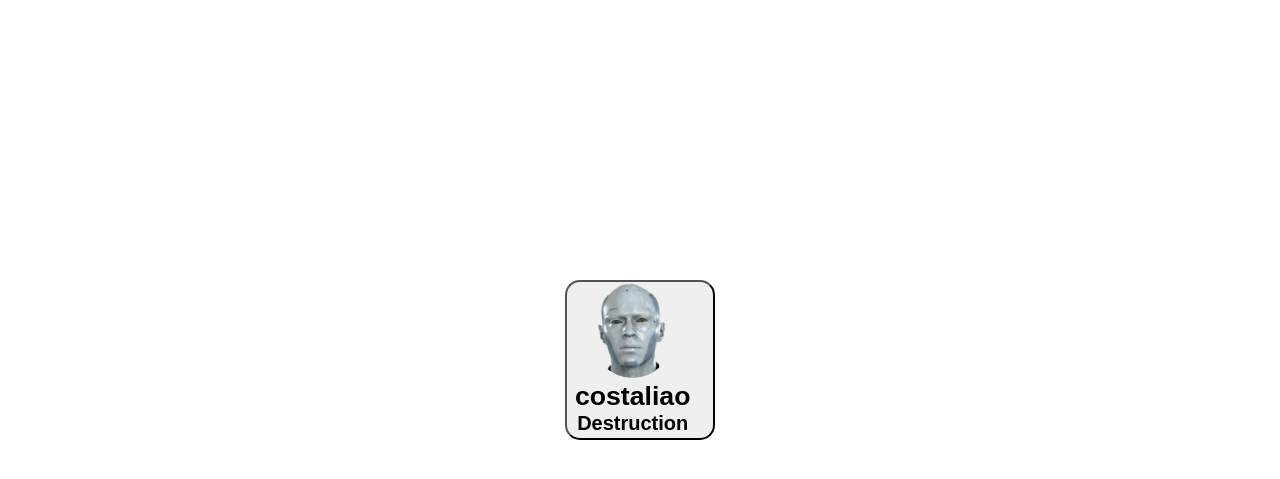
Repository: Cherced/virtualassistant
Page: /Draft
The author's editor kept a copy of each file at every save. The page is drawn from the files as they stood at one save, then again after the next save.
The browser window is 1280 px wide. The pictures show the whole page.
The project was rebuilt for these pictures with package versions that can differ from the ones it lists, and the page was loaded fresh each time. The framework's server and built-in components were replaced by stand-ins that run in the browser.

Above is the page before, as saved 2022-07-18 16:06:18.

### pages/_app.js
import '../sass/global.scss';


const MyApp = ({ Component, pageProps }) => {
    return <Component {...pageProps} />
  }


export default MyApp

### pages/_document.js
import { Html, Head, Main, NextScript } from 'next/document'

export default function Document() {

  return (
    <Html lang="en">
      <Head />
      <body>
        <Main />
        <div id="portal"></div>
        <NextScript />
      </body>
    </Html>
  )
}

### pages/Draft.jsx
import React from 'react'
import {IaCardButton} from '../components/atoms/buttons/IaCardButton'




const Draft = () => {
  return (
    <div className="Draft">
      <IaCardButton name="costaliao" speciality="Destruction"/>
    </div>
  )
}

export default Draft

### sass/global.scss
@import './vars';
@import './components';
@import './pages/draft';
@import './pages/welcome';
@import './pages/welcomeS';
@import './pages/login';
@import './pages/signUp';

### components/atoms/buttons/IaCardButton.jsx
import React from 'react'

export const IaCardButton = (props) => {
  return (
    <button className="iaCardButton">
        <ul className="iaCardButton__list">
            <li tabIndex="0" className="iaCardButton__list--img">
            <img src="/img/head.png" alt={`image of ${props.name}`} />
            </li>
            <li tabIndex="0" className="iaCardButton__list--title">
            <h1>
                {props.name}
            </h1>
            </li>
            <li tabIndex="0" className="iaCardButton__list--description">
                <h2>
                {props.speciality}
                </h2>
            </li>
        </ul>
    </button>
  )
}

### sass/_vars.scss
@import url('https://fonts.googleapis.com/css2?family=Inter:wght@100;200;300;500;600;700;800;900&family=Roboto:ital,wght@0,100;0,300;0,400;0,500;0,700;0,900;1,100;1,300;1,400;1,500;1,700;1,900&display=swap');
@import url('https://fonts.googleapis.com/css2?family=Roboto:ital,wght@0,100;0,300;0,400;0,500;0,700;0,900;1,100;1,300;1,400;1,500;1,700;1,900&family=Ubuntu:ital,wght@0,300;0,400;0,500;0,700;1,300;1,400;1,500;1,700&display=swap');

$mainColor: black;
$mainTextColor: white;
$mainFont: 'Inter';
$subTitle: 'Roboto';


*{
    box-sizing: border-box;
    margin: 0;
    padding: 0;
    font-family: Arial, Helvetica, sans-serif;
}

### sass/_components.scss
@import './components/headers/welcomeHeader';
@import './components/carrousels/carrousel';
@import './components/buttons/nextButton';
@import './components/buttons/basicButton';
@import './components/inputs/basicInput';
@import './components/buttons/optionButton';
@import './components/buttons/iaCardButton';

### sass/components/headers/_welcomeHeader.scss
.brand {
  width: 100%;
  min-height: 500px;
  display: flex;
  background: black;
  border-radius: 0 0 100px 100px;
  box-shadow: 6px 6px 20px 3px rgba(0, 0, 0, 0.2);
  justify-content: center;
  align-items: center;

  .brand__elipse--container {
    display: none;
  }

  .brand__img {
    z-index: 2;
    object-fit: cover;
  }
}

@media screen and (min-width: 1024px) {
  .brand {
    background-repeat: no-repeat;
    background-position: center;
    background-position-y: -200px;
    border-radius: none;
    background-image: url('../../../public/img/Ellipse.png');
    background: linear-gradient(180deg, #000000, #ffffff, #7d7777, #ececec, #7b7b7b, #000000, #545454, #e1e1e1, #e1e1e1);
    background-size: 1800% 1800%;

    -webkit-animation: AnimationName 27s ease infinite;
    -moz-animation: AnimationName 27s ease infinite;
    animation: AnimationName 27s ease infinite;


  .brand__elipse--container {
    display: block;
    position: absolute;
    top: -193px;
    z-index: 1;
  }
  }


@-webkit-keyframes AnimationName {
  0%{background-position:0% 68%}
  50%{background-position:100% 33%}
  100%{background-position:0% 68%}
}
@-moz-keyframes AnimationName {
  0%{background-position:0% 68%}
  50%{background-position:100% 33%}
  100%{background-position:0% 68%}
}
@keyframes AnimationName {
  0%{background-position:0% 68%}
  50%{background-position:100% 33%}
  100%{background-position:0% 68%}
}

}

### sass/components/carrousels/_carrousel.scss
.carrousel {
    max-width: 500px;
    height: auto;
    min-width: 300px;
    overflow: hidden;

    .slider {
        position: relative;
        display: flex;
        width: 200%;
        height: 100%;
    }

    .carrousel__list {
        list-style: none;
        display: flex;
        flex-direction: column;
        width: 100%;

        .carrousel__list--item {
            width: 100%;
            display: flex;
            flex-direction: row;
            align-items: center;
            justify-content: center;

            .carrousel__item--title {
                font-family: $subTitle;
                font-style: normal;
                font-weight: 500;
                font-size: 20px;
                line-height: 24px;
                text-align: center;
                letter-spacing: 0.04em;
                margin-bottom: 30px;
            }

            .carrousel__item--parragraph {
                font-style: normal;
                font-weight: 400;
                font-size: 15px;
                line-height: 18px;
                text-align: center;
                letter-spacing: 0.04em;
                font-family: $mainFont;
                color: #0F184D;
                padding: 0 30px;
                text-align: center;
            }
        }
    }
}

### sass/components/buttons/_nextButton.scss
.button__next {
    display: flex;
    width: auto;
    min-width: 100px;
    height: 50px;
    justify-content: space-around;
    align-items: center;
    background: black;
    color: white;
    border-radius: 100px;
    padding: 0 0 0 30px;
    box-shadow: 5px 5px 10px 0px black;
    cursor: pointer;
    font-family: $mainFont;
    font-size: 16px;


    .button__next--Arrow {
        width: 50px;
        height: 50px;
        display: flex;
        align-items: center;
        justify-content: center;
        background: $mainTextColor;
        border-radius: 100px;
        margin-left: 10px;

        .next__arrow--h1 {
            padding: 10px;
            color: $mainColor;
            font-family: $mainFont;
        }
    }

}

### sass/components/buttons/_basicButton.scss
.basic__button {
    width: 260px;
    height: 50px;
    border-radius: 30px;
}

.black {
    background: black;
    border: 1px solid white;
    font-family: $mainFont;
    font-style: normal;
    font-weight: 600;
    font-size: 20px;
    line-height: 30px;
    text-align: center;
    color: #FFFFFF;
}

.white{
    background: white;
    border: 1px solid black;
    font-family: $mainFont;
    font-style: normal;
    font-weight: 600;
    font-size: 20px;
    line-height: 30px;
    text-align: center;
    color: black;
}

### sass/components/inputs/_basicInput.scss
.basicInput {
    width: 260px;
    height: 50px;
    border-radius: 30px;
    padding-left: 15px;
    box-shadow: 3px 3px 11px 0px black;
    // letter style:
    font-family: 'Open Sans';
    font-style: normal;
    font-weight: 400;
    font-size: 16px;
    line-height: 22px;
    text-align: start;
    color: #848484;

}

### sass/components/buttons/_optionButton.scss
.optionButton {
    height: 60px;
    padding: 15px;
    width: auto;
    border: none;
    background: linear-gradient(235.8deg, #D9D9D9 5.2%, rgba(217, 217, 217, 0) 144.41%);
    filter: drop-shadow(0px 4px 1px rgba(0, 0, 0, 0.25));
    border-radius: 10px;
    font-family: $mainFont;
    font-style: normal;
    font-weight: 400;
    font-size: 13px;
    line-height: 16px;
    text-align: center;
    color: $mainColor;
}

### sass/components/buttons/_iaCardButton.scss
.iaCardButton {
    width: 150px;
    height: 160px;
    border-radius: 15px;

    .iaCardButton__list {
        width: 90%;
        height: 100%;
        list-style: none;
        display: flex;
        flex-direction: column;
        align-items: center;
        justify-items: center;

        .iaCardButton__list--img {
            img {
                width: 60%;
                border-radius:100px;
            }
        }
    }
}

### sass/pages/_draft.scss

.Draft{
    display: flex;
    align-self: center;
    width: 100%;
    justify-content: center;
    height: 100vh;
    flex-direction: column;
    align-items: center;
}

### sass/pages/_welcome.scss
.welcome {
    width: 100%;
    height: 100vh;
    display: flex;
    flex-direction: column;
    align-items: center;
    box-shadow: 7px 8px 20px 7px black;
    justify-items: center;
    justify-content: space-between;

    .main__Content--welcome {
        width: 100%;
        height: 100%;
        display: flex;
        justify-content: center;
        flex-direction: column;
        align-items: center;

        .main__Content--title {
            font-family: $mainFont;
            font-style: normal;
            font-weight: 600;
            font-size: 30px;
            line-height: 18px;
            text-align: center;
            letter-spacing: 0.04em;

            color: #0F184D;
            margin: 30px 0;
        }
    }

    .NavButtons {
        display: flex;
        width: 100%;
        align-items: center;
        justify-content: space-between;
        padding: 0 30px;
        margin: 20px 0;

        .NavButtons__ancord {
            text-decoration: none;
            font-style: normal;
            font-weight: 400;
            font-size: 15px;
            line-height: 18px;
            letter-spacing: 0.04em;
            font-family: $mainFont;
            color: #000000;
        }
    }
}

### sass/pages/_welcomeS.scss
.welcomeS {
    height: 100vh;
    background: linear-gradient(333.49deg, #000000 55.66%, rgba(217, 217, 217, 0) 92.17%);
    display: flex;
    flex-direction: column;
    align-items: center;
    justify-content: space-around;

    .welcomeS__header {
        width: 100%;
        height: 50%;
        display: flex;
        align-items: center;
        justify-content: center;

        .welcomeS__header--img {
            width: 350px;
            height: 450px;
            object-fit: cover;
            border-radius: 100px 0 100px 0;
        }
    }

    .welcomeS__main {
        width: 90%;
        color: white;
        display: flex;
        align-items: center;
        justify-content: center;

        .welcomeS__main--title {
            text-align: center;
            font-family: $mainFont;
            font-style: normal;
            font-weight: 400;
            font-size: 24px;
            line-height: 29px;
            letter-spacing: 0.07em;
        }
    }
}

### sass/pages/_login.scss
.login {
    width: 100%;
    height: 100vh;
    display: flex;
    align-items: center;
    justify-content: center;
    background-image: url('../../public/img/LoginBg.png');
    background-repeat: no-repeat;
    background-size: cover;

    .loginForm {
        background: rgba(255, 255, 255, 0.77);
        box-shadow: 0px 4px 20px rgba(0, 0, 0, 0.4);
        width: 315px;
        height: 415px;
        display: flex;
        flex-direction: column;
        align-items: center;
        justify-content: center;

        .loginForm__title--h1 {
            font-style: normal;
            font-weight: 700;
            font-size: 36px;
            line-height: 54px;
            font-family: $mainFont;
            text-align: center;
            color: #000000;
        }

        .loginForm__inputs--container {
            display: flex;
            flex-direction: column;
            align-items: center;
            justify-content: space-around;
            height: 135px;
        }

        .loginForm__ancord {
            margin: 5px 0;
            width: 80%;
            font-family: $mainFont;
            font-style: normal;
            font-weight: 400;
            font-size: 16px;
            line-height: 19px;
            text-align: end;
            color: #3751EA;

        }
        .loginForm__info{
            margin: 10px 0;
            .loginForm__label {

                font-family: $mainFont;
                font-style: normal;
                font-weight: 400;
                font-size: 16px;
                line-height: 19px;
                text-align: end;
                color: black;
            }
        }

        .loginForm__separator {
            width: 80%;
            display: flex;

            .loginForm__line {
                width: 50%;
                margin: 10px 5px;
                color: #000000;
            }

            .loginForm__label--or {
                color: #000000;
            }

        }


    }
}

### sass/pages/_signUp.scss
.signUp {
    display: flex;
    width: 100%;
    flex-direction: column;
    align-items: center;
    justify-content: center;
    height: 100vh;
    background-repeat: no-repeat;
    background-position: top;
    background-size: cover;
    background-image: url('../../public/img/blackBg1090px.png');


    .signUp__title--container {
        color: white;
        display: flex;
        flex-direction: column;
        align-items: flex-start;
        justify-content: center;
        width: 320px;
        height: 150px;

        .signUp__title--h1 {
            margin: 10px 0;
            font-family: $mainFont;
            font-style: normal;
            font-weight: 700;
            font-size: 36px;
            line-height: 44px;
            text-align: center;
            color: white;
        }

        .signUp__title--parragraph {
            font-family: $mainFont;
            font-style: normal;
            font-weight: 400;
            font-size: 16px;
            line-height: 17px;
            color: white;
        }
    }

    .signForm {
        display: flex;
        flex-direction: column;
        align-items: center;
        justify-content: space-evenly;
        height: 550px;
        width: 320px;
        background: #FFFFFF;
        box-shadow: 0px 4px 4px rgba(0, 0, 0, 0.25);
        border-radius: 10px;

        .signForm__inputs--container {
            display: flex;
            flex-direction: column;
            align-items: center;
            justify-content: space-evenly;
            height: 350px;
        }

        .signForm__checkbox--container {
            width: 90%;
            margin: 5px 0;
            display: flex;
            align-items: center;
            justify-content: center;

            .signForm__checkbox--label {
                font-family: $mainFont;
                font-style: normal;
                font-weight: 400;
                font-size: 14px;
                line-height: 26px;
                width: 90%;
                text-align: center;
                display: flex;
                align-items: center;
                justify-content: space-evenly;
            }
        }

        .signForm__socialMedia--container {
            width: 90%;
            display: flex;
            align-items: center;
            justify-content: space-evenly;
            flex-direction: row;

            .signForm__socialMedia--title {
                font-family: $mainFont;
                font-style: normal;
                font-weight: 700;
                font-size: 16px;
                line-height: 30px;
                text-align: center;
            }

            .signForm__socialMedia--imgs {
                display: flex;
                justify-content: space-around;
                align-items: center;
                width: 50%;
                flex-direction: row;
                list-style: none;
            }
        }

    }

    .signUp__container--label {
        margin-top: 25px;
        font-family: $mainFont;
        font-style: normal;
        font-weight: 400;
        font-size: 14px;
        line-height: 26px;
        text-align: center;
        color: #FFFFFF;

        .signUp__container--ancord {
            font-family: $mainFont;
            font-style: normal;
            font-weight: 400;
            font-size: 14px;
            line-height: 26px;
            text-align: center;
            color: #FFFFFF;

        }
    }

}

After the next save:
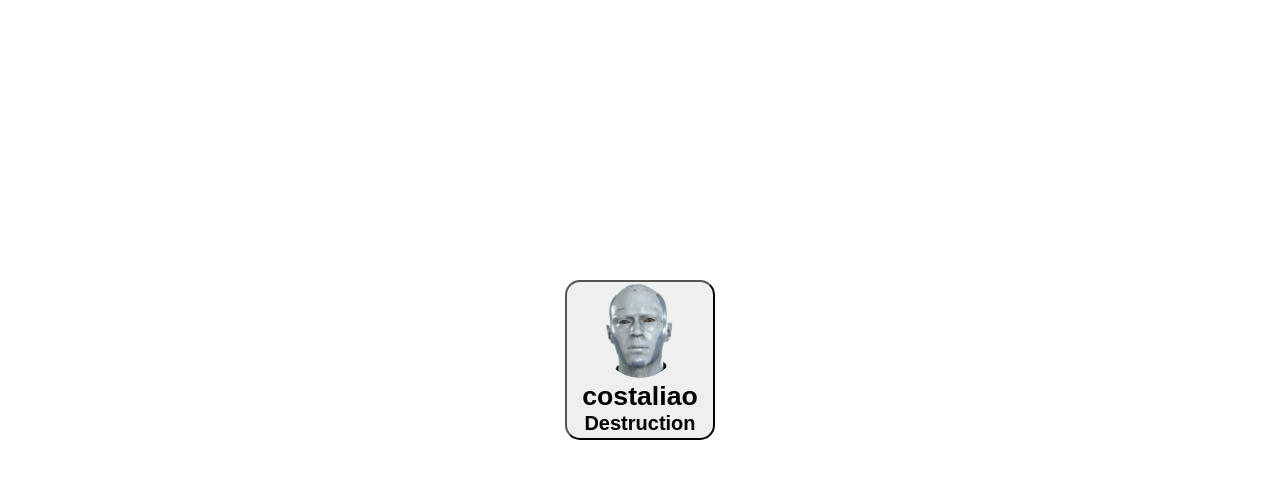
Saved 47 s later.
--- a/sass/components/buttons/_iaCardButton.scss
+++ b/sass/components/buttons/_iaCardButton.scss
@@ -2,6 +2,10 @@
     width: 150px;
     height: 160px;
     border-radius: 15px;
+    display: flex;
+    flex-direction: column;
+    align-items: center;
+    justify-items: center;
 
     .iaCardButton__list {
         width: 90%;
